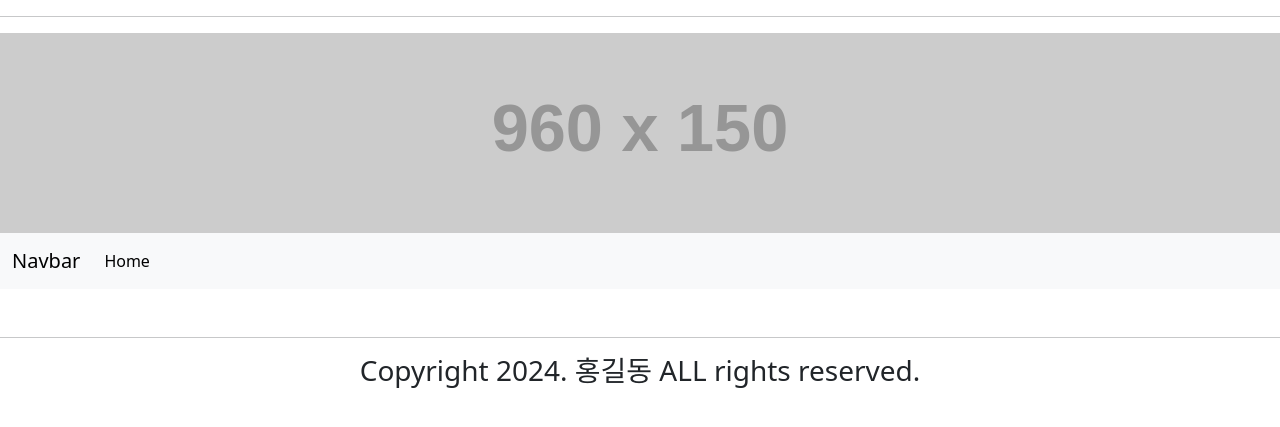
Repository: nltpbj/jsp
Page: http://localhost/ex01/
These files come from the project's save history. The page is drawn as it stood at one moment and after the next save; the edit follows.
The browser window is 1280 px wide. The pictures show the whole page.
The page is served by Tomcat 9. Other server files are loaded and not shown.

Above is the page before, as saved 2024-04-29 01:56:39.

### ex01/src/main/webapp/home.jsp
<%@ page language="java" contentType="text/html; charset=UTF-8"
    pageEncoding="UTF-8"%>
<!DOCTYPE html>
<html>
<head>
<meta charset="UTF-8">
<title>홈페이지</title>
<link href="https://cdn.jsdelivr.net/npm/bootstrap@5.3.3/dist/css/bootstrap.min.css" rel="stylesheet" integrity="sha384-QWTKZyjpPEjISv5WaRU9OFeRpok6YctnYmDr5pNlyT2bRjXh0JMhjY6hW+ALEwIH" crossorigin="anonymous">
<script src="https://cdn.jsdelivr.net/npm/bootstrap@5.3.3/dist/js/bootstrap.bundle.min.js" integrity="sha384-YvpcrYf0tY3lHB60NNkmXc5s9fDVZLESaAA55NDzOxhy9GkcIdslK1eN7N6jIeHz" crossorigin="anonymous"></script>
<!--  부트스트랩에서 cdn복사해옴 -->
</head>
<body>
	<div clas="container">
		<jsp:include page="top.jsp"/>
		<jsp:include page="menu.jsp"/>
		<jsp:include page="bottom.jsp"/>
	</div>
</body>
</html>

### ex01/src/main/webapp/top.jsp
<%@ page language="java" contentType="text/html; charset=UTF-8"
    pageEncoding="UTF-8"%>
<div>
	<hr>
   <img src="http://via.placeholder.com/960x150" width="100%">
</div>

### ex01/src/main/webapp/menu.jsp
<%@ page language="java" contentType="text/html; charset=UTF-8"
    pageEncoding="UTF-8"%>
<nav class="navbar navbar-expand-lg bg-body-tertiary">
  <div class="container-fluid">
    <a class="navbar-brand" href="#">Navbar</a>
    <button class="navbar-toggler" type="button" data-bs-toggle="collapse" data-bs-target="#navbarSupportedContent" aria-controls="navbarSupportedContent" aria-expanded="false" aria-label="Toggle navigation">
      <span class="navbar-toggler-icon"></span>
    </button>
    <div class="collapse navbar-collapse" id="navbarSupportedContent">
      <ul class="navbar-nav me-auto mb-2 mb-lg-0">
        <li class="nav-item">
          <a class="nav-link active" aria-current="page" href="#">Home</a>
        </li>
      </ul>
    </div>
  </div>
</nav>

### ex01/src/main/webapp/bottom.jsp
<%@ page language="java" contentType="text/html; charset=UTF-8"
    pageEncoding="UTF-8"%>
<div class="text-center my-5" >
	<hr>
	<h3>Copyright 2024. 홍길동 ALL rights reserved.</h3>
</div>

### ex01/src/main/java/controller/IndexServlet.java
package controller;

import java.io.IOException;

import javax.servlet.RequestDispatcher;
import javax.servlet.ServletException;
import javax.servlet.annotation.WebServlet;
import javax.servlet.http.HttpServlet;
import javax.servlet.http.HttpServletRequest;
import javax.servlet.http.HttpServletResponse;


@WebServlet("/")
public class IndexServlet extends HttpServlet {
	private static final long serialVersionUID = 1L;

	protected void doGet(HttpServletRequest request, HttpServletResponse response) throws ServletException, IOException {
			System.out.println("/ doget....");
			RequestDispatcher dis=request.getRequestDispatcher("/home.jsp");
			dis.forward(request, response);
	}


	protected void doPost(HttpServletRequest request, HttpServletResponse response) throws ServletException, IOException {

	}

}

After the next save:
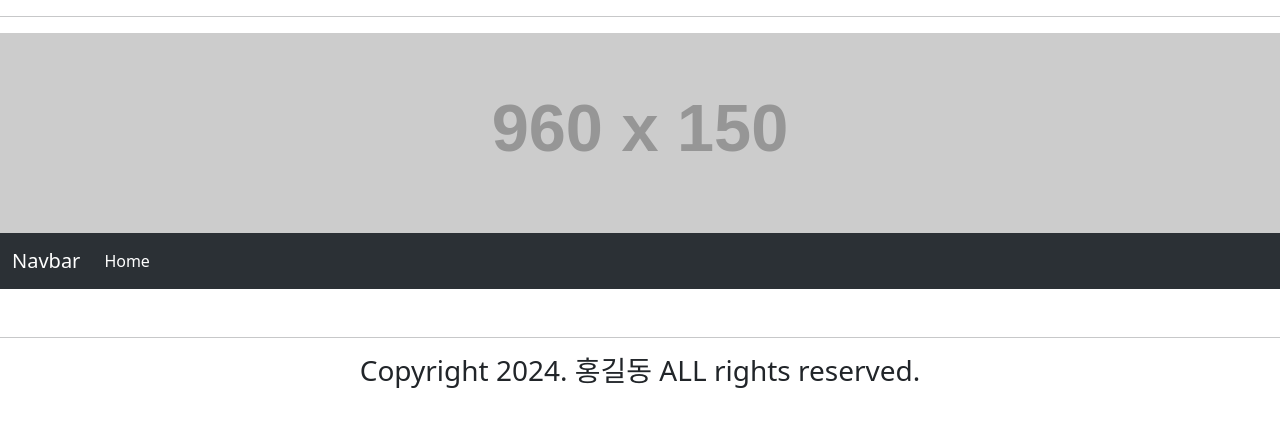
Saved 61 s later.
--- a/ex01/src/main/webapp/menu.jsp
+++ b/ex01/src/main/webapp/menu.jsp
@@ -1,6 +1,6 @@
 <%@ page language="java" contentType="text/html; charset=UTF-8"
     pageEncoding="UTF-8"%>
-<nav class="navbar navbar-expand-lg bg-body-tertiary">
+<nav class="navbar navbar-expand-lg bg-body-tertiary" class="navbar bg-primary" data-bs-theme="dark">
   <div class="container-fluid">
     <a class="navbar-brand" href="#">Navbar</a>
     <button class="navbar-toggler" type="button" data-bs-toggle="collapse" data-bs-target="#navbarSupportedContent" aria-controls="navbarSupportedContent" aria-expanded="false" aria-label="Toggle navigation">

After the save that followed:
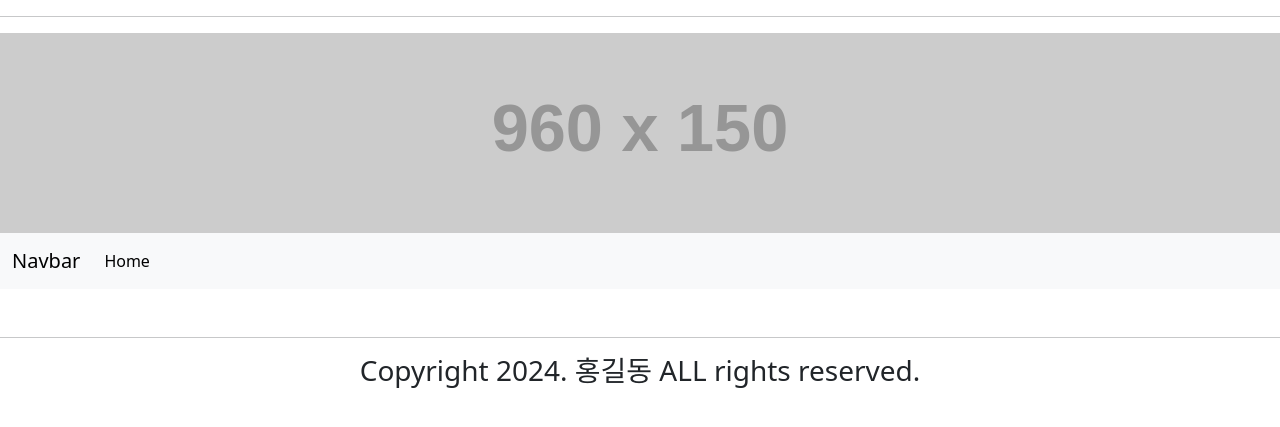
Saved 90 s later.
--- a/ex01/src/main/webapp/menu.jsp
+++ b/ex01/src/main/webapp/menu.jsp
@@ -1,6 +1,6 @@
 <%@ page language="java" contentType="text/html; charset=UTF-8"
     pageEncoding="UTF-8"%>
-<nav class="navbar navbar-expand-lg bg-body-tertiary" class="navbar bg-primary" data-bs-theme="dark">
+<nav class="navbar navbar-expand-lg bg-body-tertiary" >
   <div class="container-fluid">
     <a class="navbar-brand" href="#">Navbar</a>
     <button class="navbar-toggler" type="button" data-bs-toggle="collapse" data-bs-target="#navbarSupportedContent" aria-controls="navbarSupportedContent" aria-expanded="false" aria-label="Toggle navigation">
